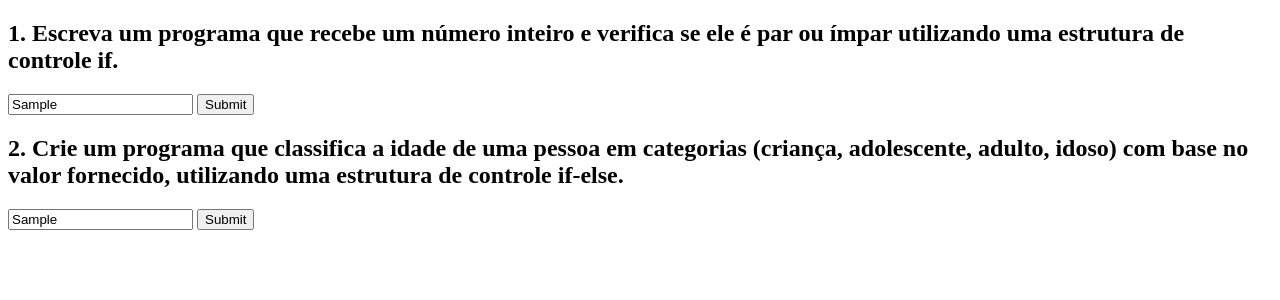
Repository: chidekina/prati-logica
Page: index.html
An editor plug-in stored every save of this project. The page is shown before and after the next save, followed by the edit.
The browser window is 1280 px wide. The pictures show the whole page.
Empty fields were first filled with sample values (such as "Sample", 5 or name@example.com).
After loading, the first visible `input[onclick="classificacaoEtaria()"]` was clicked once.

Above is the page before, as saved 2025-04-29 13:53:08.

### index.html
<!DOCTYPE html>
<html lang="en">
<head>
    <main>
        <meta charset="UTF-8">
        <meta name="viewport" content="width=device-width, initial-scale=1.0">
        <title>+prati - Lista de Exercicios 1</title>
    </head>
<body>
    <div>
        <h2>
            1. Escreva um programa que recebe um número inteiro e verifica se ele é par ou ímpar
utilizando uma estrutura de controle if.
    </h2>
    <div>
        <input id="task1" type="text" placeholder="Digite um numero" />
        <input type="submit" onclick="parOuImpar()">
    </div>
    <h3 id="answer1"></h3>
</div>
    <div>
        <h2>
            2. Crie um programa que classifica a idade de uma pessoa em categorias (criança,
adolescente, adulto, idoso) com base no valor fornecido, utilizando uma estrutura de
controle if-else.
    </h2>
    <div>
        <input id="task2" type="text" placeholder="Digite sua idade" />
        <input type="submit" onclick="classificacaoEtaria()">
    </div>
    <h3 id="answer2"></h3>
</div>
</main>
<script src="app.js"></script>
</body>
</html>

### app.js
function parOuImpar() {
  const task1 = document.getElementById("task1").value;
  const numero = parseInt(task1);
  let answer1 = document.getElementById("answer1");

  if (isNaN(numero)) {
    alert("Digite um número válido.");
  } else if (numero % 2 === 0) {
    answer1.innerHTML = `O número ${task1} é par`;
  } else {
    answer1.innerHTML = `O número ${task1} é ímpar`;
  }
}

function classificacaoEtaria() {
  const task2 = document.getElementById("task2");
  const idade = parseInt(task2.value);
  let classificacao;
  let answer2 = document.getElementById("answer2");

  if (isNaN(idade) || idade > 100 || idade < 0) {
    alert("Digite uma idade valida");
  } else {
    if (idade >= 60) {
      classificacao = "idoso";
    } else if (idade >= 20) {
      classificacao = "adulto";
    } else if (idade >= 12) {
      classificacao = "adolescente";
    } else {
      classificacao = "criança";
    }
    answer2.innerHTML = `A idade ${idade} é classificada como ${classificacao}`;
  }
  task2.innerText = '';
}

After the next save:
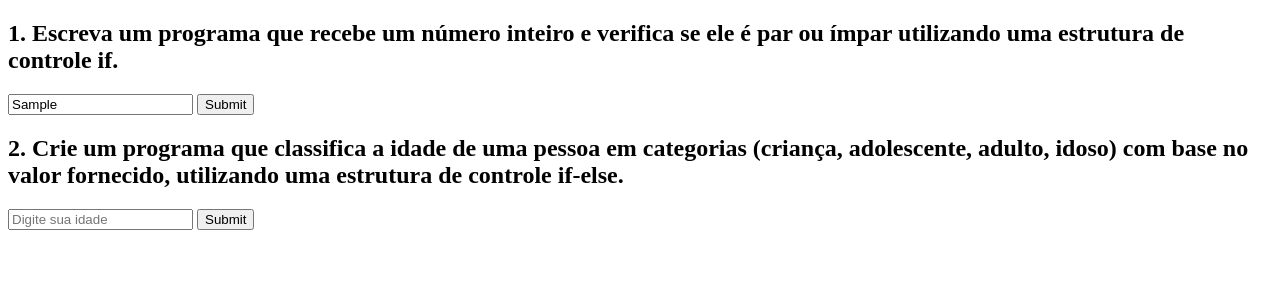
Saved 49 s later.
--- a/app.js
+++ b/app.js
@@ -32,5 +32,5 @@
     }
     answer2.innerHTML = `A idade ${idade} é classificada como ${classificacao}`;
   }
-  task2.innerText = '';
+  task2.value = '';
 }

After the 2 saves that followed:
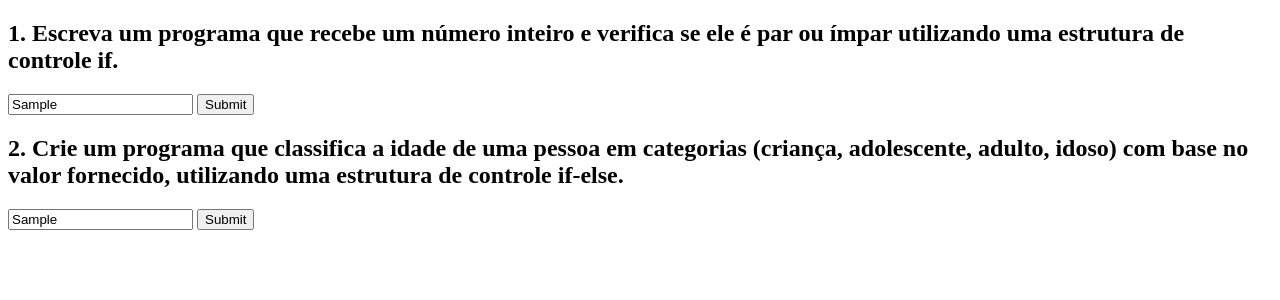
Console error: TypeError: Assignment to constant variable.
The 2 saves are shown as one change because they came seconds apart.
The last was saved 11 s later.
--- a/app.js
+++ b/app.js
@@ -13,7 +13,7 @@
 }
 
 function classificacaoEtaria() {
-  const task2 = document.getElementById("task2");
+  const task2 = document.getElementById("task2").value;
   const idade = parseInt(task2.value);
   let classificacao;
   let answer2 = document.getElementById("answer2");
@@ -32,5 +32,5 @@
     }
     answer2.innerHTML = `A idade ${idade} é classificada como ${classificacao}`;
   }
-  task2.value = '';
+  task2 = '';
 }
